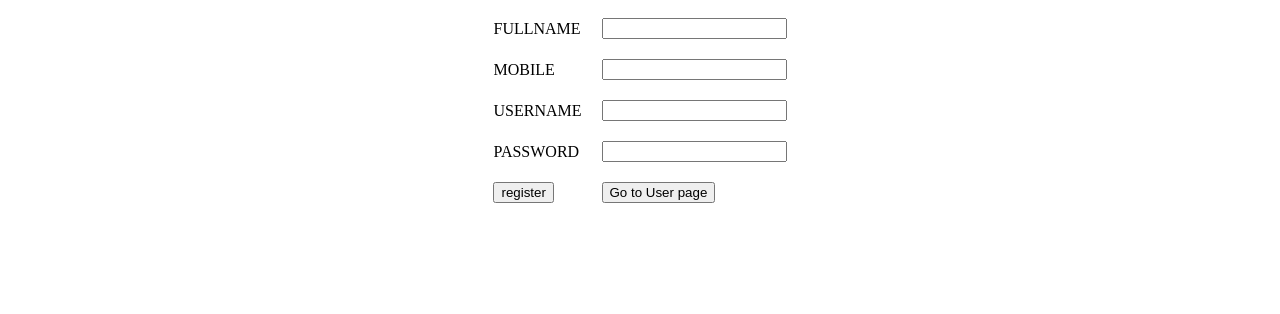
Repository: saik46573/sai
Page: eclipse-workspace/Project/src/main/webapp/Registration.html
An editor plug-in stored every save of this project. The page is shown before and after the next save, followed by the edit.
The browser window is 1280 px wide. The pictures show the whole page.

Above is the page before, as saved 2023-08-09 10:21:49.

After the next save:
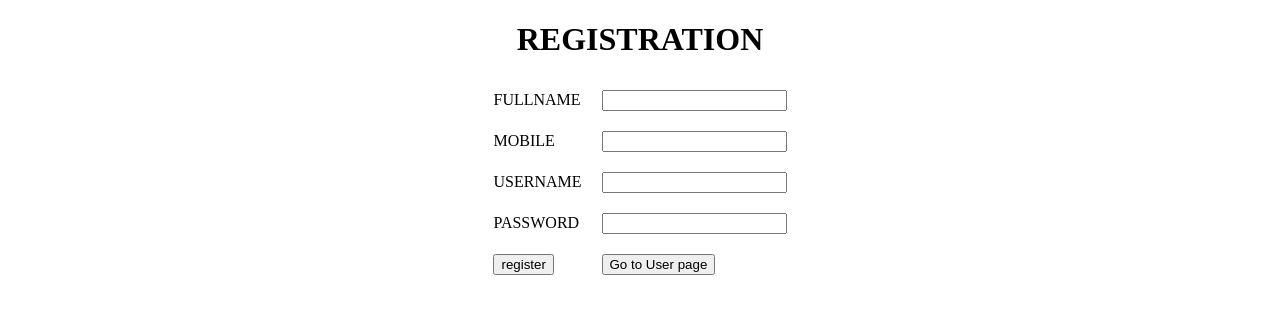
Saved 23 min 34 s later.
--- a/eclipse-workspace/Project/src/main/webapp/Registration.html
+++ b/eclipse-workspace/Project/src/main/webapp/Registration.html
@@ -5,6 +5,7 @@
 <title>Insert title here</title>
 </head>
 <body>
+	<h1 align="center"> REGISTRATION </h1>
 	<form action="app1" method ="post">
 		<table align="center" cellpadding="10px" style=" border-collapse:collapse">
 			<tr>
